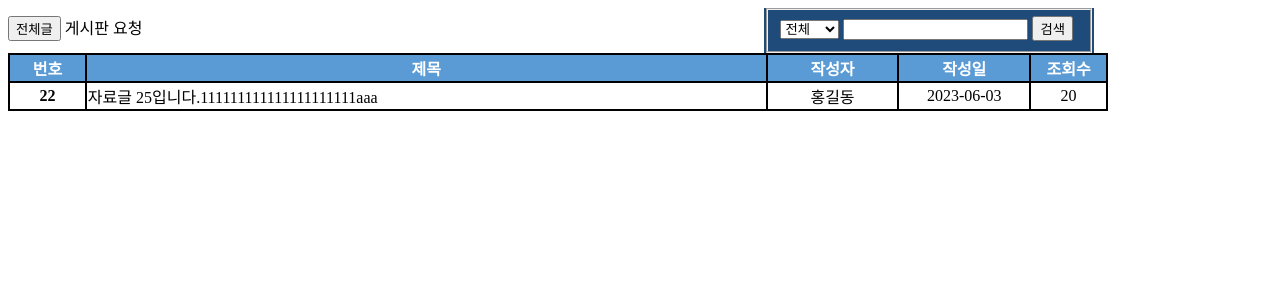
Repository: LJzero-dev/java-study
Page: http://localhost/ktbwos/bbs/request_list.jsp
The author's editor kept a copy of each file at every save. The page is drawn from the files as they stood at one save, then again after the next save.
The browser window is 1280 px wide. The pictures show the whole page.
The page is served by Tomcat 9. Other server files are loaded and not shown.

Above is the page before, as saved 2023-06-10 14:02:31.

### web/ktbwos/WebContent/bbs/request_list.jsp
<%@ page language="java" contentType="text/html; charset=UTF-8" pageEncoding="UTF-8"%>
<!DOCTYPE html PUBLIC "-//W3C//DTD HTML 4.01 Transitional//EN" "http://www.w3.org/TR/html4/loose.dtd">
<html>
<head>
<meta http-equiv="Content-Type" content="text/html; charset=UTF-8">
<style>
	a:link { color:black; text-decoration:none; }
	a:visited { color:black; text-decoration:none; }
	a:hover { color:black; text-decoration:underline; }
	table, th, td {
	border:2px solid black;
	border-collapse : collapse;
	}
	th { background-color:#5B9BD5; color:white;}
	td { text-align:center;}
</style>
<title>Insert title here</title>
</head>
<body>

<div width="1100">
<input type="button" value="전체글">  게시판 요청
<form style="width:330px; background:#1E4B79; display:inline-block; margin-left: 618px " name="frmSch">
<fieldset>
		<select name="schtype">
			<option value="all" >전체</option>
			<option value="title" >제목</option>
			<option value="content" >내용</option>
			<option value="writer">작성자</option>
		</select>
		<input type="text" name="keyword" value="" />
		<input type="submit" value="검색" />
</fieldset>
</form>
	<table width="1100">
		<tr>
			<th width="7%">번호</th><th width="*">제목</th><th width="12%">작성자</th><th width="12%">작성일</th><th width="7%">조회수</th>
		</tr>
		<tr>
			<td><b>22</b></td><td><span style="float:left;">자료글 25입니다.111111111111111111111<a href="">aaa</a></span></td><td>홍길동</td><td>2023-06-03</td><td>20</td>
		</tr>
	</table>

</div>
</body>
</html>

After the next save:
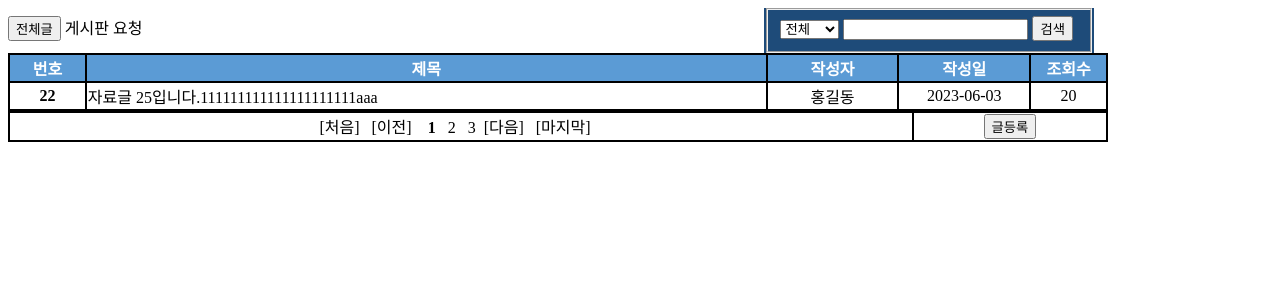
Saved 15 h 18 min later.
--- a/web/ktbwos/WebContent/bbs/request_list.jsp
+++ b/web/ktbwos/WebContent/bbs/request_list.jsp
@@ -1,4 +1,7 @@
 <%@ page language="java" contentType="text/html; charset=UTF-8" pageEncoding="UTF-8"%>
+<%
+int cpage = 1, psize = 3, bsize = 3, rcnt = 10, pcnt = 10, schargs = 10;	// 페이지 번호, 페이지 크기, 블록 크기, 레코드(게시글) 개수, 페이지 개수 등을 저장할 변수
+%>
 <!DOCTYPE html PUBLIC "-//W3C//DTD HTML 4.01 Transitional//EN" "http://www.w3.org/TR/html4/loose.dtd">
 <html>
 <head>
@@ -40,7 +43,43 @@
 			<td><b>22</b></td><td><span style="float:left;">자료글 25입니다.111111111111111111111<a href="">aaa</a></span></td><td>홍길동</td><td>2023-06-03</td><td>20</td>
 		</tr>
 	</table>
+</div>
 
-</div>
+<table width="1100">
+<tr>
+<td width="900">
+<%
+if (rcnt > 0) {	// 게시글이 있으면
+	String link = "free_list.jsp?cpage=";
+	if (cpage == 1) {
+		out.println("[처음]&nbsp;&nbsp;&nbsp;[이전]&nbsp;&nbsp;");
+	} else {
+		out.println("<a href='" + link + "1" + schargs + "'>[처음]</a>&nbsp;&nbsp;&nbsp;");
+		out.println("<a href='" + link + (cpage-1) + schargs + "'>[이전]</a>&nbsp;&nbsp;");
+	}
+
+	int spage = (cpage -1) / bsize * bsize +1;	// 블록 시작 페이지 번호
+	for (int i = 1, j = spage; i <= bsize && j <= pcnt; i++, j++) {	// i : 블록에서 보여줄 페이지의 개수만큼 루프를 돌릴 조건으로 사용되는 변수 j : 실제 출력할 페이지 번호로 전체 페이지 개수(마지막 페이지 번호)를 넘지 않게 할 변수
+		if (j == cpage) {
+			out.println("&nbsp;<strong>" + j + "</strong>&nbsp;");
+		} else {
+			out.println("&nbsp;<a href='" + link + j + schargs + "'>" + j + "</a>&nbsp;");
+		}
+	}
+
+	if (cpage == pcnt) {
+		out.println("&nbsp;&nbsp;[다음]&nbsp;&nbsp;&nbsp;[마지막]");
+	} else {
+		out.println("<a href='" + link + (cpage+1) + schargs + "'>[다음]</a>&nbsp;&nbsp;");
+		out.println("<a href='" + link + pcnt + schargs + "'>[마지막]</a>&nbsp;&nbsp;&nbsp;");
+	}
+}
+%>
+</td>
+<td width="*" align="right">
+	<input type="button" value="글등록" onclick="location.href='free_form.jsp?kind=in';" />
+</td>
+</tr>
+</table>
 </body>
 </html>
